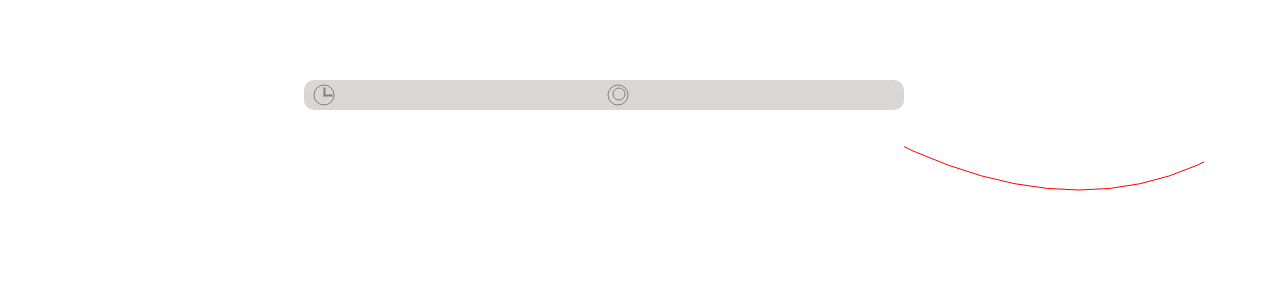
Repository: Gaj123-coder/emoji-search-app
Page: /
These files come from the project's save history. The page is drawn as it stood at one moment and after the next save; the edit follows.
The browser window is 1280 px wide. The pictures show the whole page.
The project was rebuilt for these pictures with package versions that can differ from the ones it lists, and the page was loaded fresh each time.

Above is the page before, as saved 2021-10-30 19:41:09.

### public/index.html
<!DOCTYPE html>
<html>
    <head>
        <title>Emoji Search</title>
        <meta charset="UTF-8">
        <meta name="author" content="Gajanan C Hegde">
        <meta name="description" content="A simple emoji search app using React JS">
        <meta name="view-port" content="width=device-width,initial-scale=1">
        <meta property="og:title" content="emoji">
        <meta property="og:description" content="An emoji searh app">
        <meta property="og:url" content="http://www.emojis..com">
        <meta property="og:image" content="https://seeklogo.com/images/S/smile-with-glasses-emoji-logo-0C5A7F9874-seeklogo.com.png">
        <meta property="twitter:title" content="Emoji Search">
        <meta property="twitter:image" content="https://seeklogo.com/images/S/smile-with-glasses-emoji-logo-0C5A7F9874-seeklogo.com.png">
        <meta property="twitter:description" content="A simple recat js emloji search app">
        <meta property="twitter:card" content="summary_large_page">
        <meta property="facebook:title" content="Emoji Search">
        <meta property="facebook:image" content="https://seeklogo.com/images/S/smile-with-glasses-emoji-logo-0C5A7F9874-seeklogo.com.png">
        <meta property="facebooks:description" content="A simple react app for emoji search">
        <meta proprty="facebook:url" content="https://www.emojis.com">
        <link rel="canonical" href="index.html"/>
    </head>
    <body>
        <div id="root"></div>
    </body>
</html>

### src/App.js
import './App.css';
import {sad1,worry1,angry1,happy1,smiley1,peace1,love1,joy1,laugh1,gift1,smile1,hands1,sports1,supper1,evil1,shy1,tasty1,confuse1,sleepy1} from "./Components/emotions";
function App() {
  return (
    <div className="dec">
      <div>
        <svg>
          <circle cx="20" cy="15" r="10px" stroke="grey" strokeWidth="1px" fill="rgb(218, 214, 214)"/>
          <rect x="20" y="8" width="1px" height="8px" stroke="grey" strokeWidth="1px" fill="rgb(218, 214, 214)"/>
          <rect x="20" y="15" width="8px" height="1px" stroke="grey" strokeWidth="1px" fill="rgb(218, 214, 214)"/>
        </svg>
      </div>
      <div>
        <svg>
          <circle cx="14" cy="15" r="10px" stroke="grey" strokeWidth="1px" fill="rgb(218, 214, 214)"/>
          <circle cx="15" cy="14" r="6px" stroke="grey" strokeWidth="1px" fill="rgb(218, 214, 214)"/>
        </svg>
      </div>
      <div>
       <svg>
         <path d="M-100 10 Q200 210 400 10" stroke="red" strokeWidth="1px" fill="white"/>
       </svg>
      </div>
    </div>
  );
}

export default App;

### src/App.css
.dec{
  background-color: rgb(218, 214, 214);
  width:600px;
  height:30px;
  position: relative;
  left:19rem;
  border-radius:10px;
  top:5rem;
  display:flex;
  flex-direction:row;
  flex-wrap:nowrap;
}

.dec>div>svg{
  width:inherit;
  height:inherit;
}

### src/Components/emotions.js
const sad=["128524","128528",'128530',"128532","128542","128546","128549","128557"]
const worry=["128524","128529","128531","128532","128533","128543","128552","128553"]
const angry=["128520","128544","128545","128548","12855"]
const happy=["128512","128513","128514","128518","128522"]
const love=["128525","128535","128536","128537","128538"]
const joy=["128513","128517","128519","128521","128539","128540","128541"]
const laugh=["128513","128514","128518"]
const smile=["128512","128516"]
const gift=["127873","127891","127894","127874","127879","129395","127882","127876"]
const sports=["127939","127943","127947","","","","","","",""]
const hands=["128075","128588","129309","65039","128591","128077","129305","129304","128076","129306"]
const supper=["128526","128527"]
const peace=["128512","128515","128516","128519"]
const evil=["128520"]
const shy=["128522"]
const tasty=["128523"]
const confuse=["128534","128533","128550"]
const sleepy=["128554"]
const smiley=["128512","128513","128514","128515","128516","128517","128518","128519","128520","128521","128522","128523","128524","128525",
"128526","128527","128528","128529","128530","128531","128532","128533","128534","128535","128536","128537","128538","128539","128540"]

export const smiley1=smiley;
export const peace1=peace;
export const sad1=sad;
export const happy1=happy;
export const worry1=worry;
export const angry1=angry;
export const love1=love;
export const joy1=joy;
export const laugh1=laugh;
export const gift1=gift;
export const smile1=smile;
export const sports1=sports;
export const hands1=hands;
export const supper1=supper;
export const evil1=evil;
export const shy1=shy;
export const tasty1=tasty;
export const confuse1=confuse;
export const sleepy1=sleepy;

Loaded but not shown: src/index.js (common file); src/index.css (common file)

After the next save:
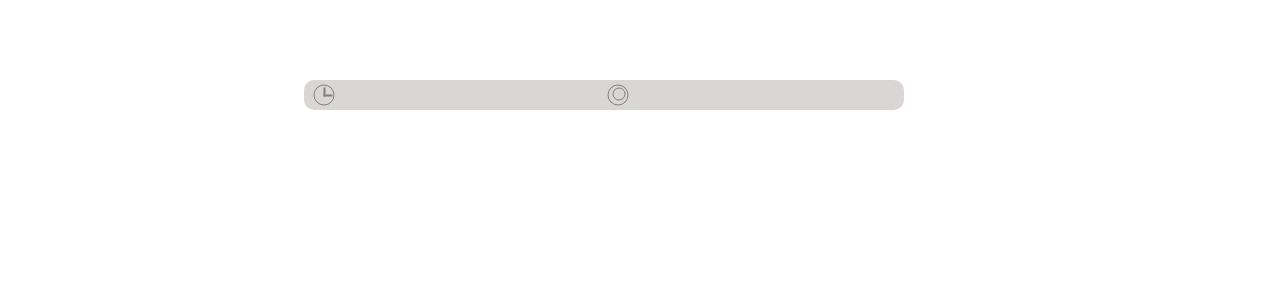
Saved 11 s later.
--- a/src/App.js
+++ b/src/App.js
@@ -17,9 +17,7 @@ function App() {
         </svg>
       </div>
       <div>
-       <svg>
-         <path d="M-100 10 Q200 210 400 10" stroke="red" strokeWidth="1px" fill="white"/>
-       </svg>
+
       </div>
     </div>
   );
